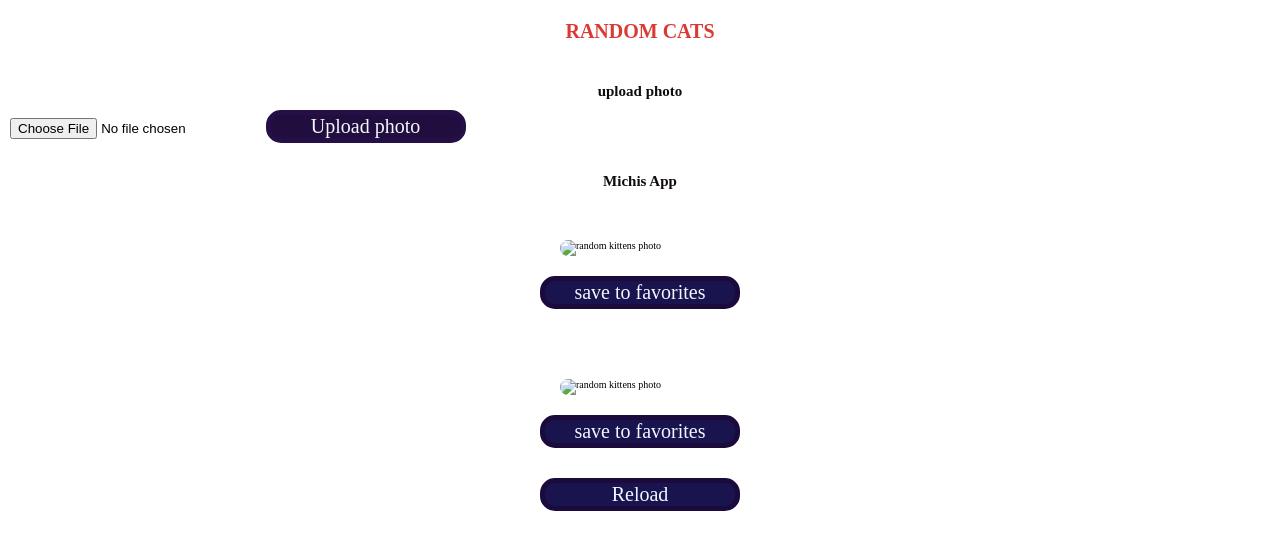
Repository: elto82/ConsumoAPIRESTjs
Page: index.html
The author's editor kept a copy of each file at every save. The page is drawn from the files as they stood at one save, then again after the next save.
The browser window is 1280 px wide. The pictures show the whole page.
The pointer rests on the first visible `.random-cat-button`.
The page's requests for data from a server got no answer.

Above is the page before, as saved 2022-07-04 21:57:04.

After the next save:
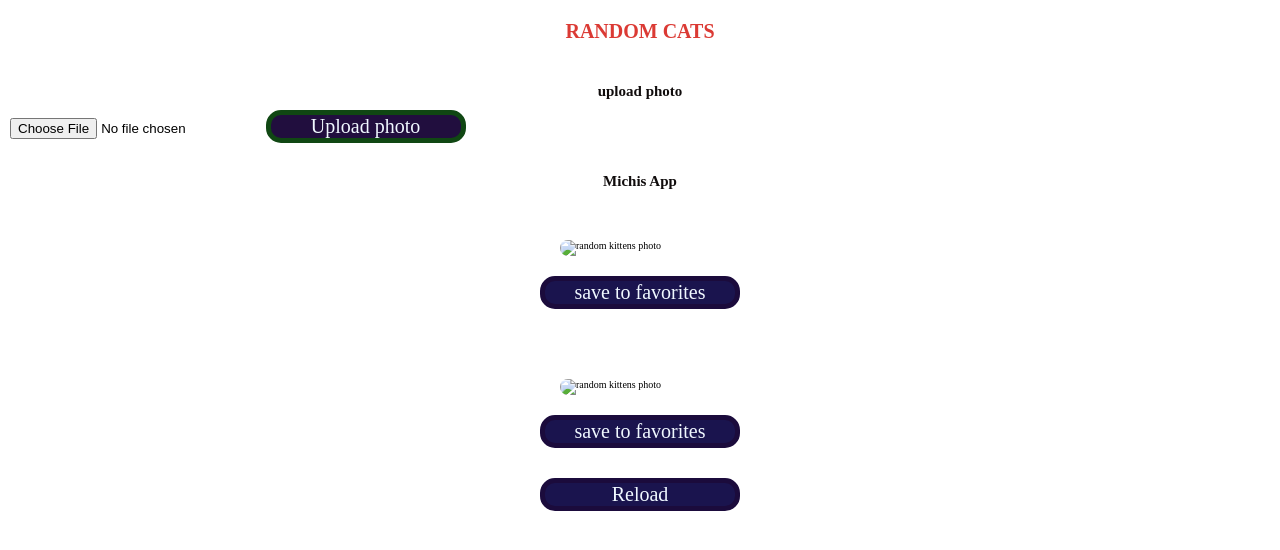
Saved 17 s later.
--- a/style.css
+++ b/style.css
@@ -70,7 +70,7 @@ article{
   margin-bottom: 1rem;
 }
 .random-cat-button:hover {
-  border: 5px solid rgb(36, 16, 71);
+  border: 5px solid rgb(16, 71, 19);
   background-color: rgb(33, 14, 62);
 }
 
